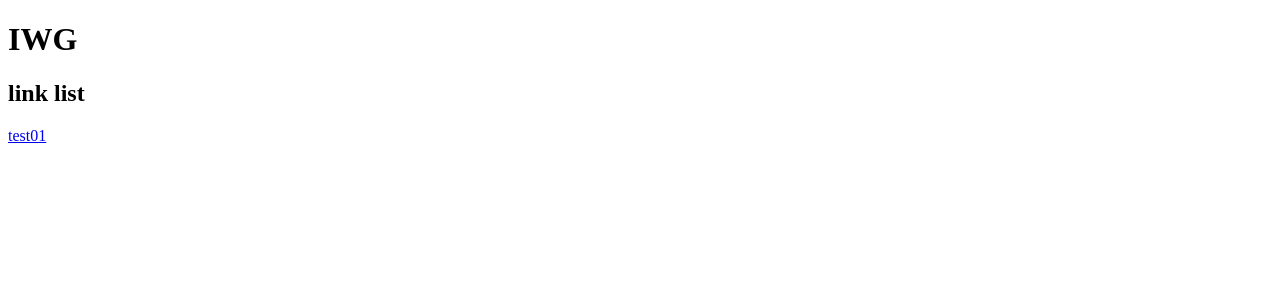
Repository: ssleap/multicampusIoT
Page: workspace190520/edu1/WebContent/index.html
The author's editor kept a copy of each file at every save. The page is drawn from the files as they stood at one save, then again after the next save.
The browser window is 1280 px wide. The pictures show the whole page.

Above is the page before, as saved 2019-05-20 05:09:37.

### workspace190520/edu1/WebContent/index.html
<!DOCTYPE html>
<html>
<head>
<meta charset="UTF-8">
<title>TITLE</title>
</head>
<body>

	<h1>IWG</h1>

	<h2>
		link list
	</h2>

	<a href = "test01.html">test01</a>

</body>
</html>

After the next save:
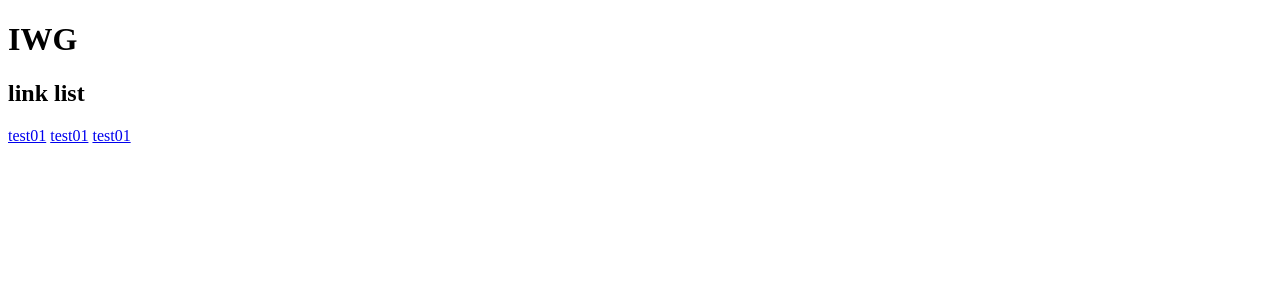
Saved 2 min 28 s later.
--- a/workspace190520/edu1/WebContent/index.html
+++ b/workspace190520/edu1/WebContent/index.html
@@ -13,6 +13,8 @@
 	</h2>
 
 	<a href = "test01.html">test01</a>
+	<a href = "file:///C:/workspace190520/edu1/WebContent/test01.html">test01</a>
+	<a href = "test01.html">test01</a>
 
 </body>
 </html>
